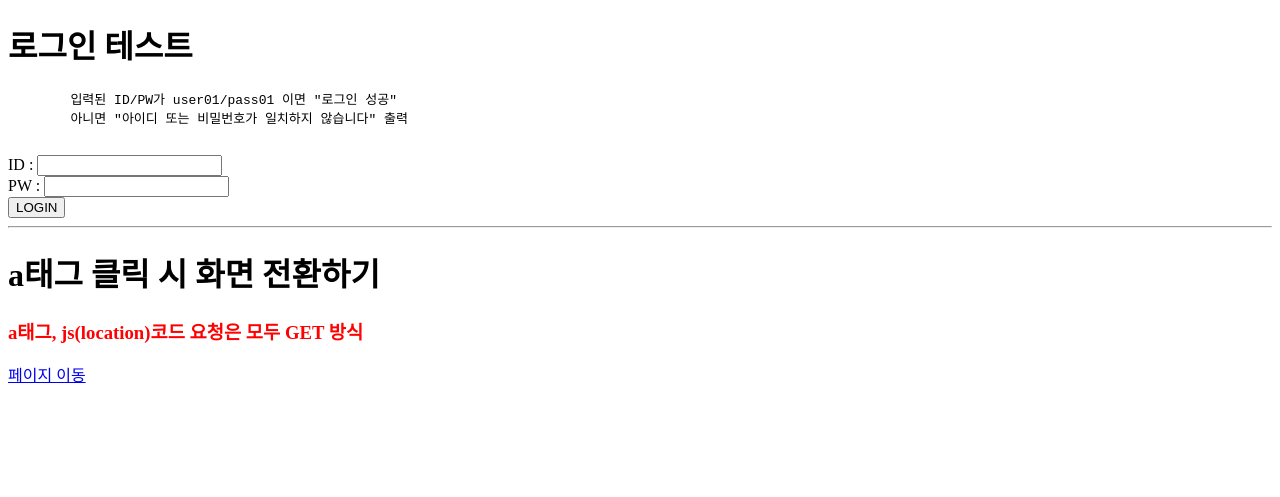
Repository: ahnjaeyoun/6_Server
Page: JSPProject1/src/main/webapp/index.html
The author's editor kept a copy of each file at every save. The page is drawn from the files as they stood at one save, then again after the next save.
The browser window is 1280 px wide. The pictures show the whole page.

Above is the page before, as saved 2023-09-18 01:46:56.

After the next save:
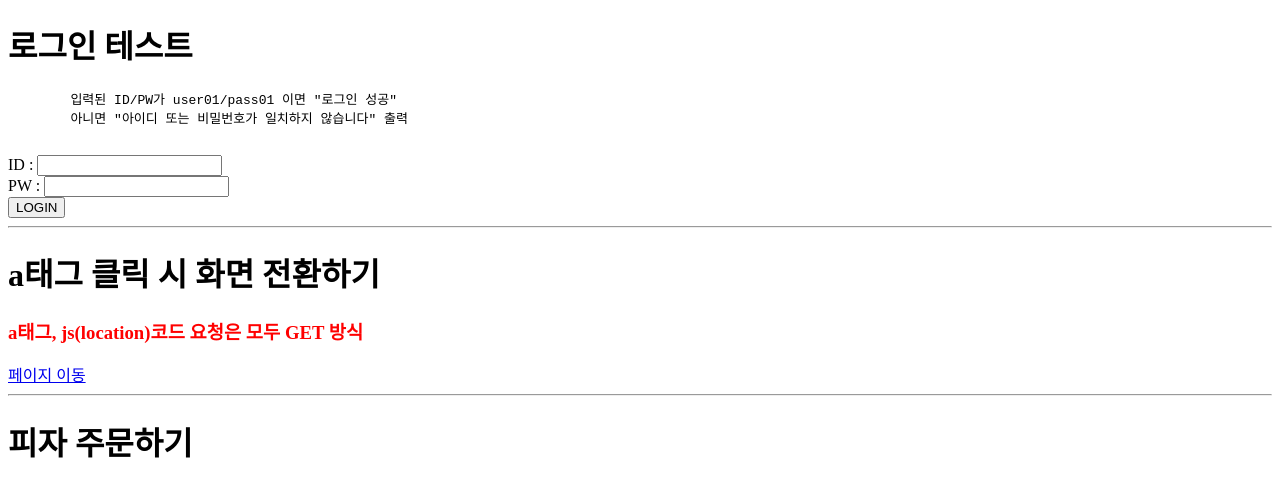
Saved 14 min 32 s later.
--- a/JSPProject1/src/main/webapp/index.html
+++ b/JSPProject1/src/main/webapp/index.html
@@ -26,5 +26,11 @@
     <h3 style="color: red;">a태그, js(location)코드 요청은 모두 GET 방식</h3>
 
     <a href="/test/result">페이지 이동</a>
+
+    <hr>
+
+    <h1>피자 주문하기</h1>
+
+
 </body>
 </html>
